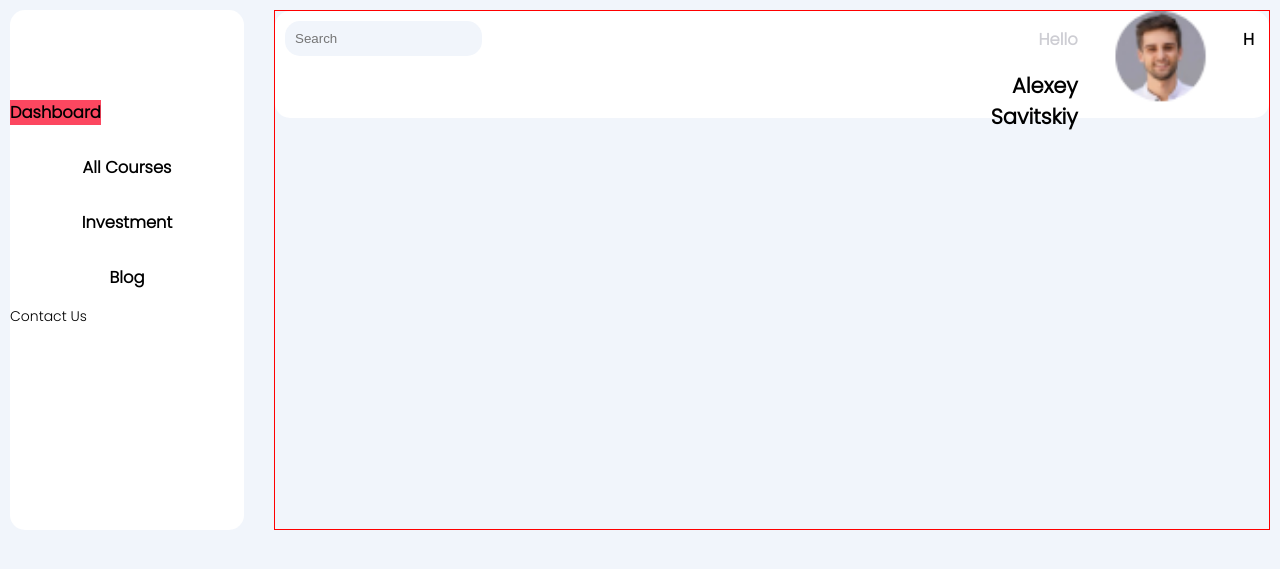
Repository: Anuruddha00/dashboard-design
Page: /
An editor plug-in stored every save of this project. The page is shown before and after the next save, followed by the edit.
The browser window is 1280 px wide. The pictures show the whole page.
The project was rebuilt for these pictures with package versions that can differ from the ones it lists, and the page was loaded fresh each time.

Above is the page before, as saved 2021-05-07 00:36:30.

After the next save:
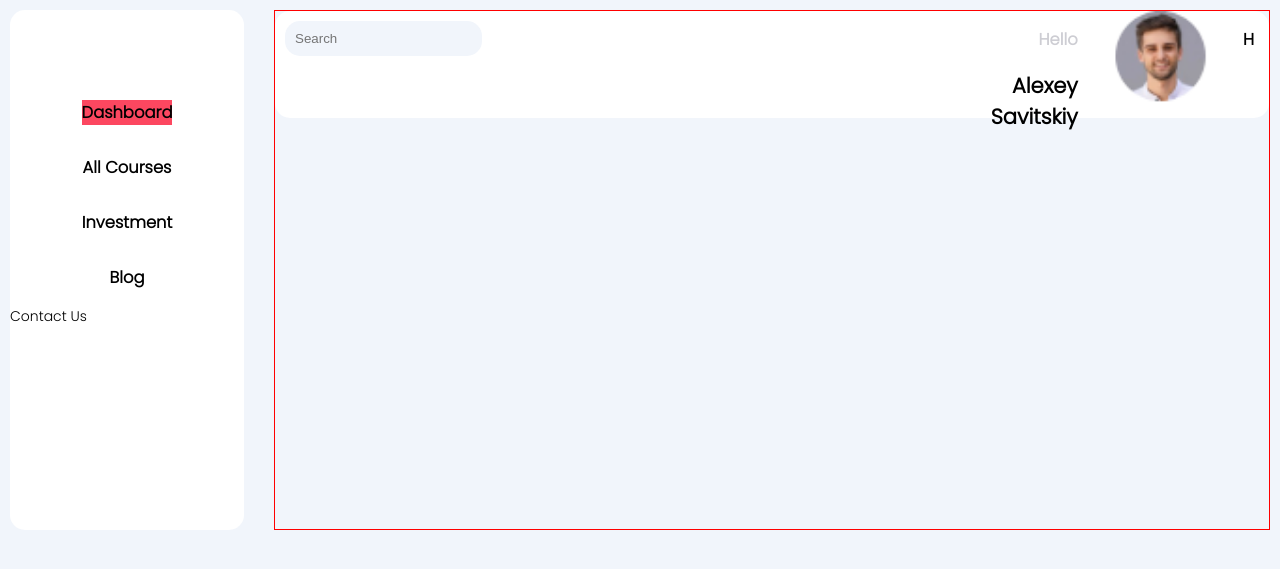
Saved 6 s later.
--- a/src/containers/Dashboard/Dashboard.scss
+++ b/src/containers/Dashboard/Dashboard.scss
@@ -30,7 +30,7 @@
                 &Dashboard{
                     background:#fc4760 ;
                     width: fit-content;
-                    justify-content: center;
+                    justify-self: center;
                 }
                 h3{
                     text-align: center;

After the save that followed:
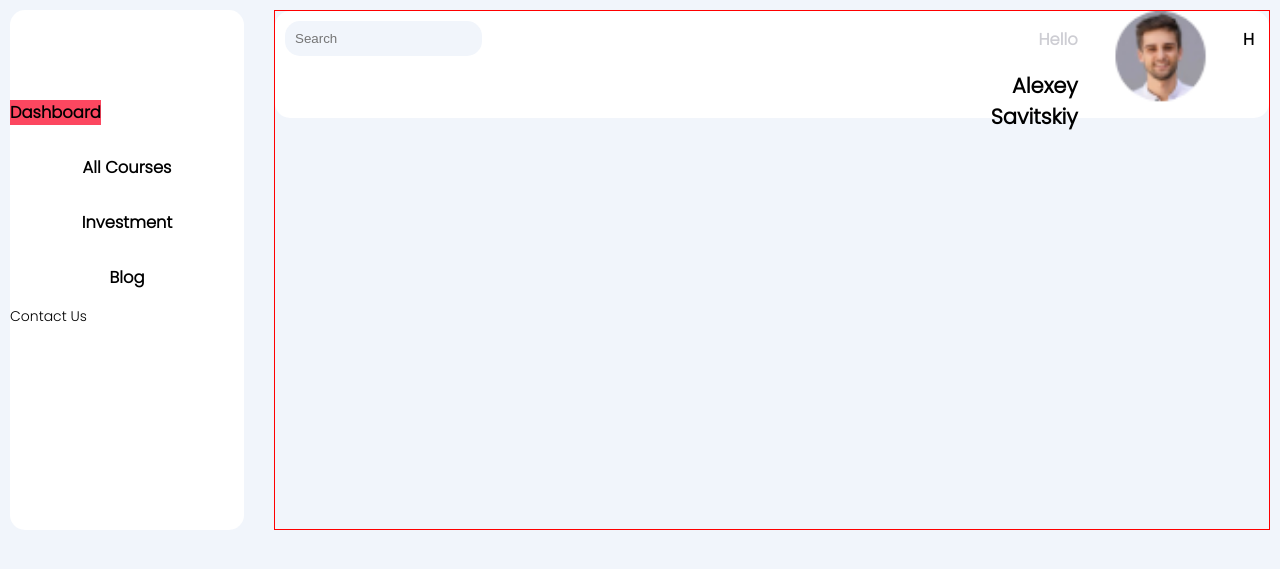
Saved 7 s later.
--- a/src/containers/Dashboard/Dashboard.scss
+++ b/src/containers/Dashboard/Dashboard.scss
@@ -30,7 +30,7 @@
                 &Dashboard{
                     background:#fc4760 ;
                     width: fit-content;
-                    justify-self: center;
+                    justify-items: center;
                 }
                 h3{
                     text-align: center;
